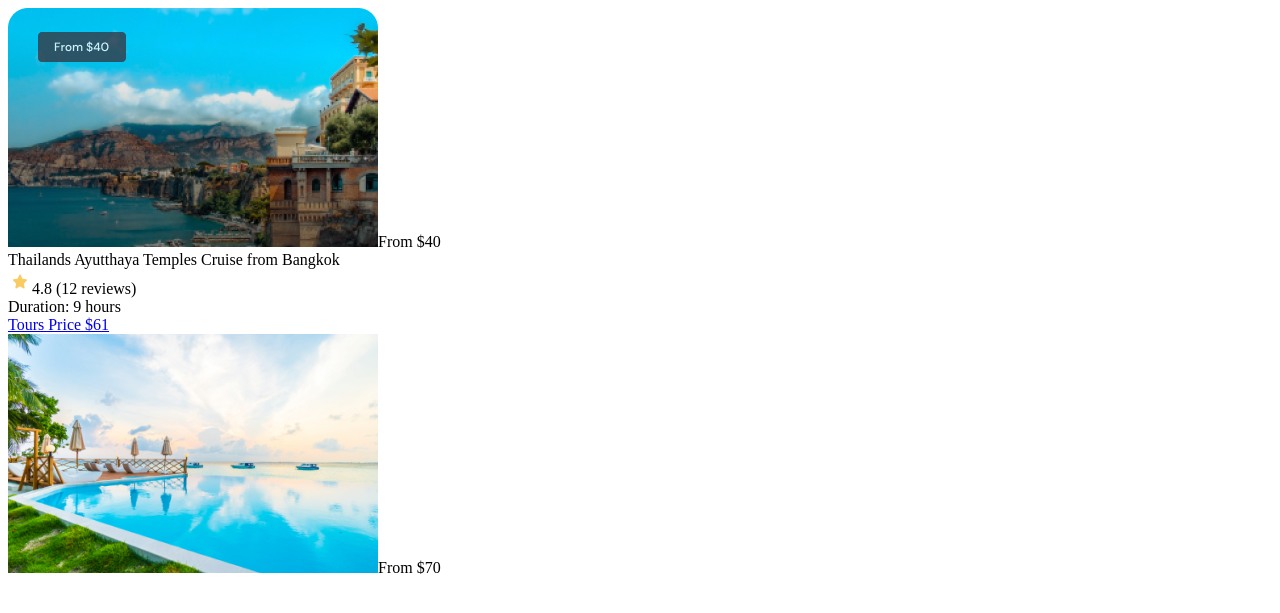
Repository: nguyentuankiet-k61/K_IT-demo
Page: index.html
An editor plug-in stored every save of this project. The page is shown before and after the next save, followed by the edit.
The browser window is 1280 px wide. The pictures show the whole page.

Above is the page before, as saved 2022-09-23 17:46:53.

After the next save:
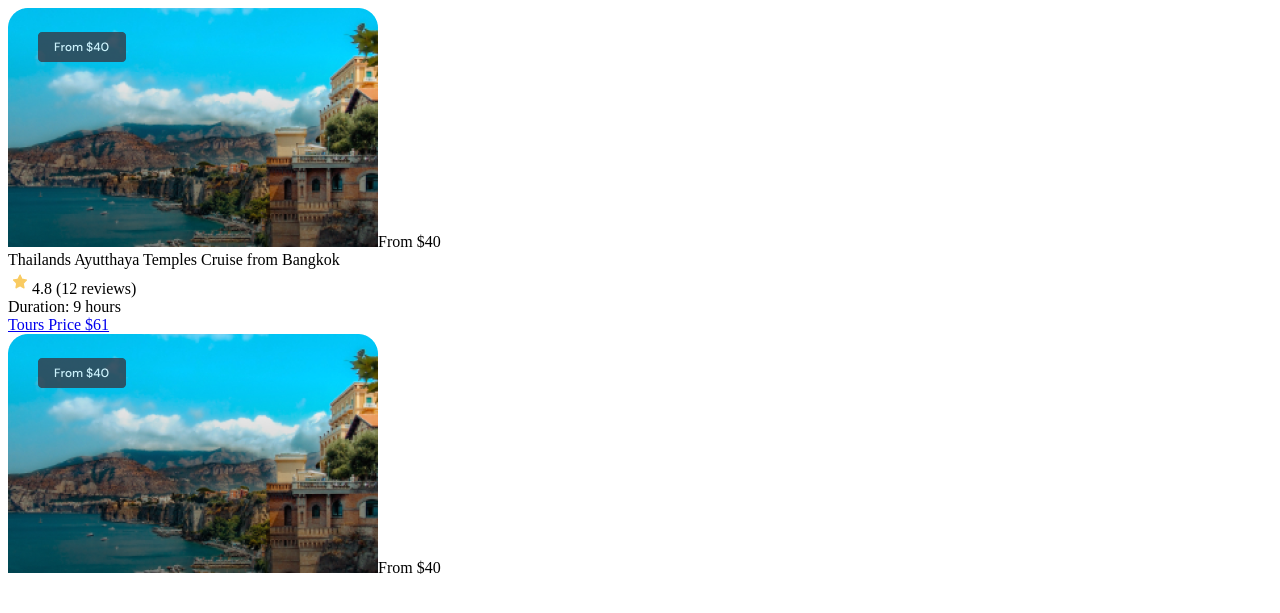
Saved 30 s later.
--- a/index.html
+++ b/index.html
@@ -27,7 +27,9 @@
                 </div>
             </div>
             <a href="https://www.facebook.com/kutooo" target="noopener noreferrer" class="Tours-botton">Tours Price $61</a></br>
-            <img src="./image/img2.png" alt="this_is_image"/>From $70
+            <div class="Tours_top">
+                <img src="./image/img1.png" alt="this_is_image"/>From $40
+            </div>
         </div>
     </div>
  </div>
